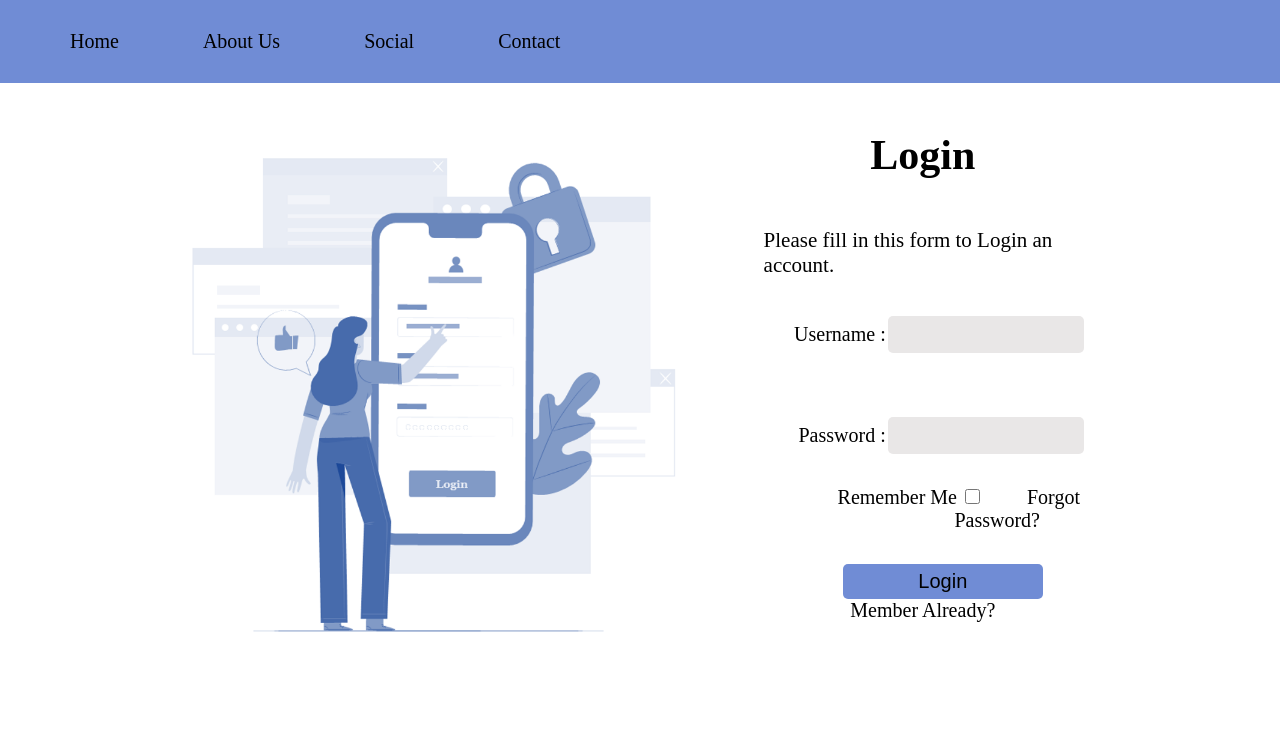
Repository: armanali13000/JAVA_CRUD
Page: http://localhost/CRUD_APP/Login.jsp
The author's editor kept a copy of each file at every save. The page is drawn from the files as they stood at one save, then again after the next save.
The browser window is 1280 px wide. The pictures show the whole page.
The page is served by Tomcat 9.

Above is the page before, as saved 2023-03-04 14:58:12.

After the next save:
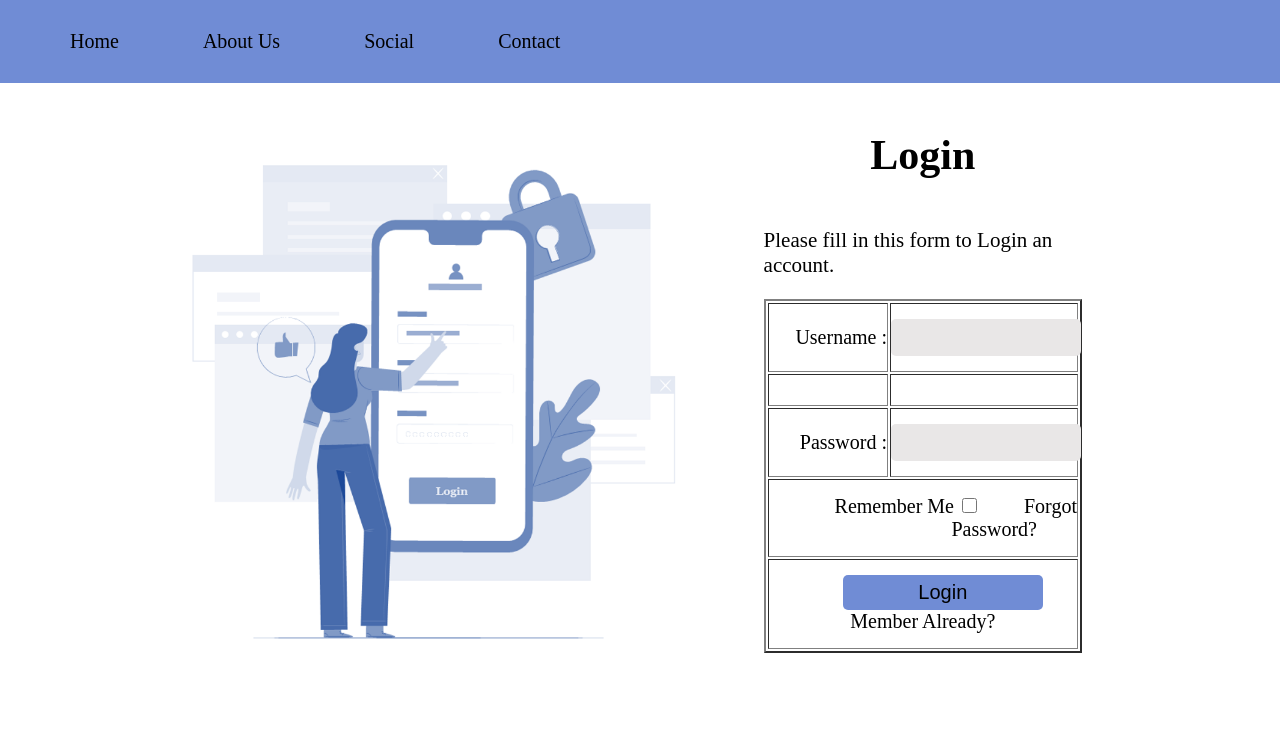
Saved 43 s later.
--- a/CRUD_APP/src/main/webapp/Login.jsp
+++ b/CRUD_APP/src/main/webapp/Login.jsp
@@ -140,7 +140,7 @@
                 <p>Please fill in this form to Login an account.</p>
             </div>
             <form class="registration" action="Register" method="post">
-                <table class="formtable">
+                <table class="formtable" border="2px">
                     <tbody class="tableborder">
                         <tr>
                             <td><label>Username :</label></td>
